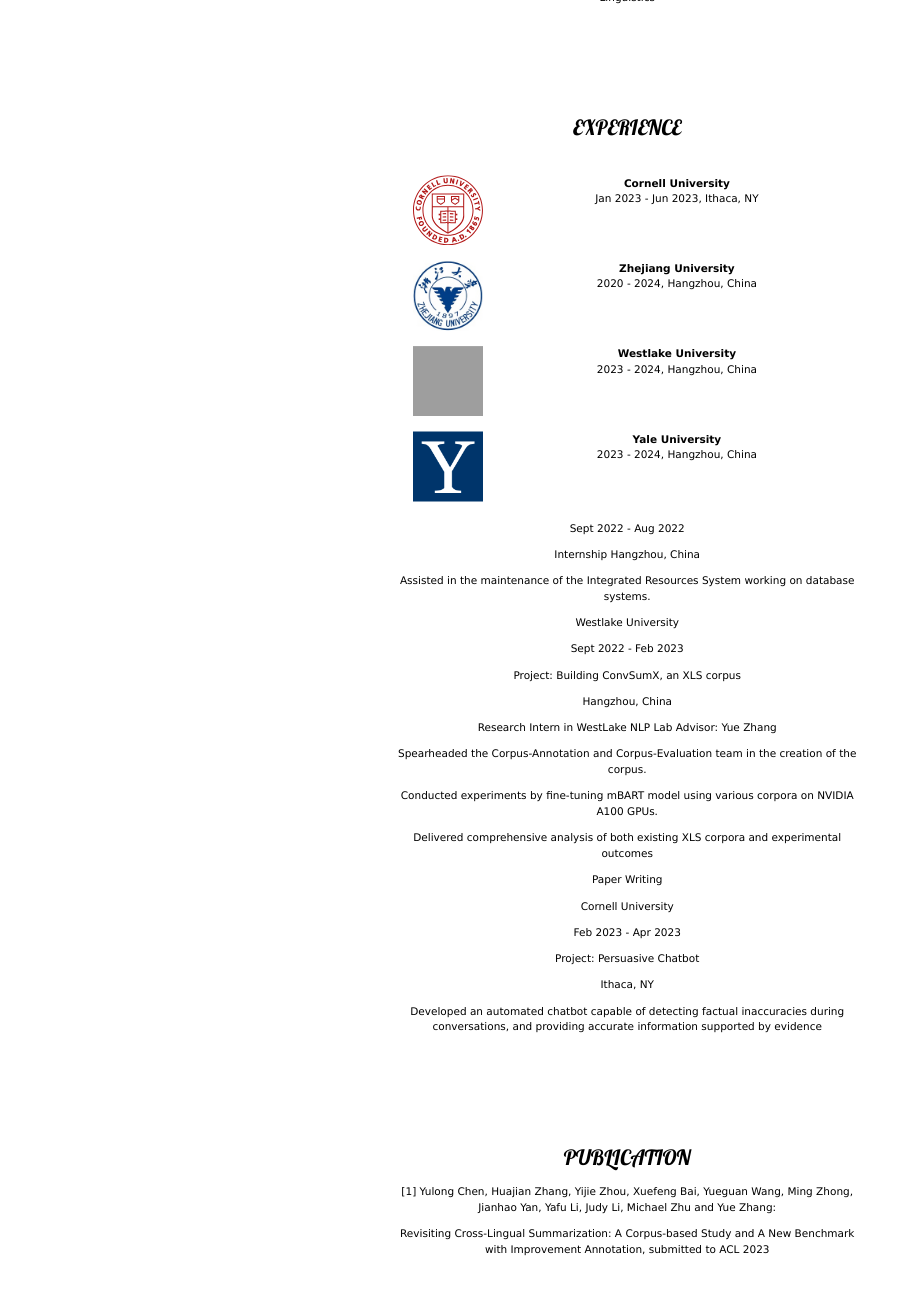
Repository: Ej-zhou/ej-zhou.github.io
Page: index.html
These files come from the project's save history. The page is drawn as it stood at one moment and after the next save; the edit follows.
The browser window is 1280 px wide. The page is 1304 px wide, so the pictures cover 1304 px, including what lies to the right of the window. The pictures show the part of the page from y = 1799 to 3679 px (the page is 6761 px tall before and 6828 px after), at 70% of full size.
Pictures or frames that could not be fetched are drawn as grey boxes. Some web fonts or font styles are not loaded; a fallback is used.

Above is the page before, as saved 2023-08-12 16:46:44.

After the next save:
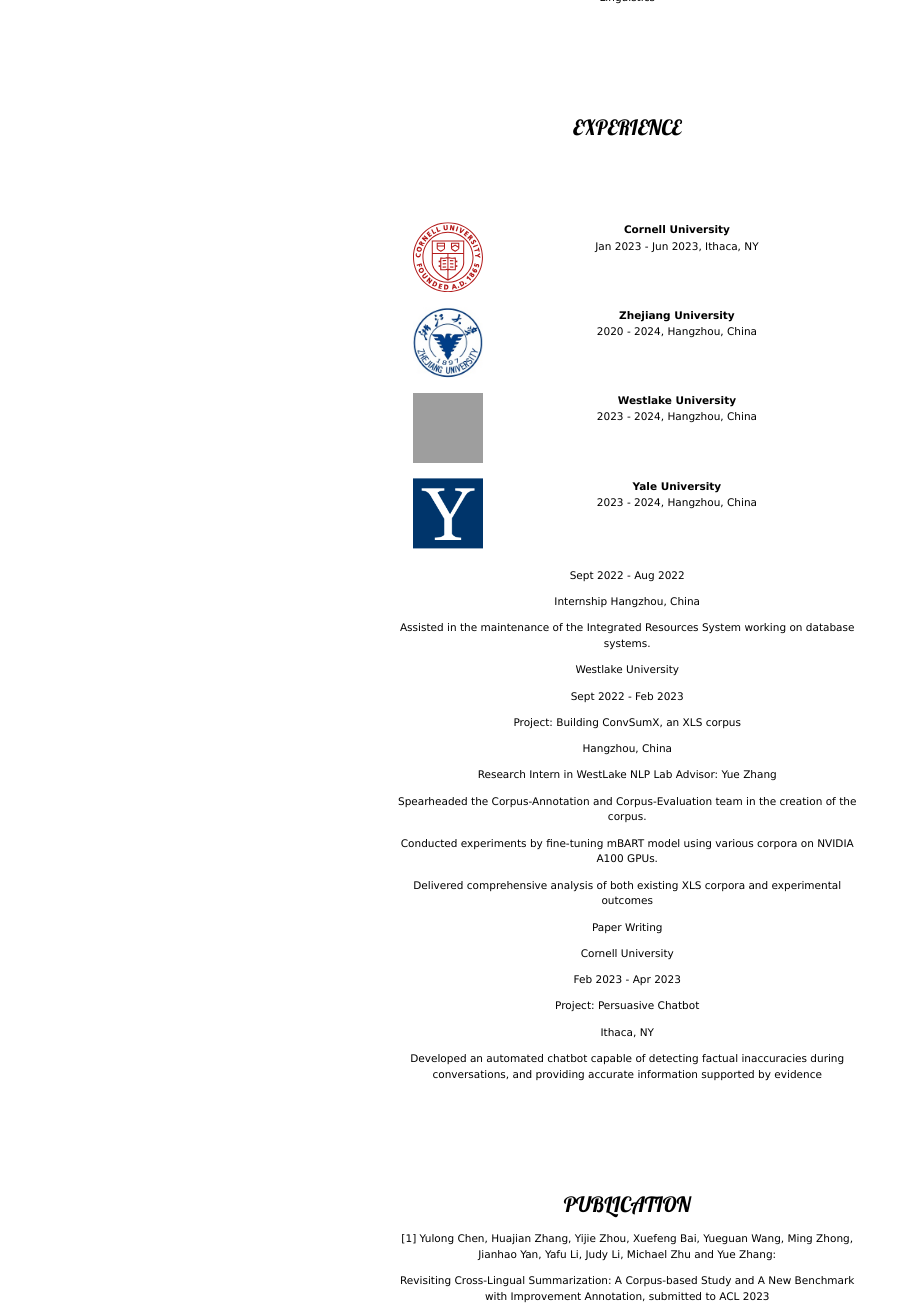
Saved 12 s later.
--- a/index.html
+++ b/index.html
@@ -432,7 +432,7 @@
                     <br>Jan 2023 - Jun 2023, Ithaca, NY
                 </td>
             </tr>
-            <br>
+            <br><br><br><br>
             <tr>
                 <td style="padding-left:20px;padding-right:20px;width:20%;vertical-align:middle;text-align:center;">
                     <img src="logo/6d8d432f-56ac-47eb-b22d-a23b103aed01.png" class="university-logo">
